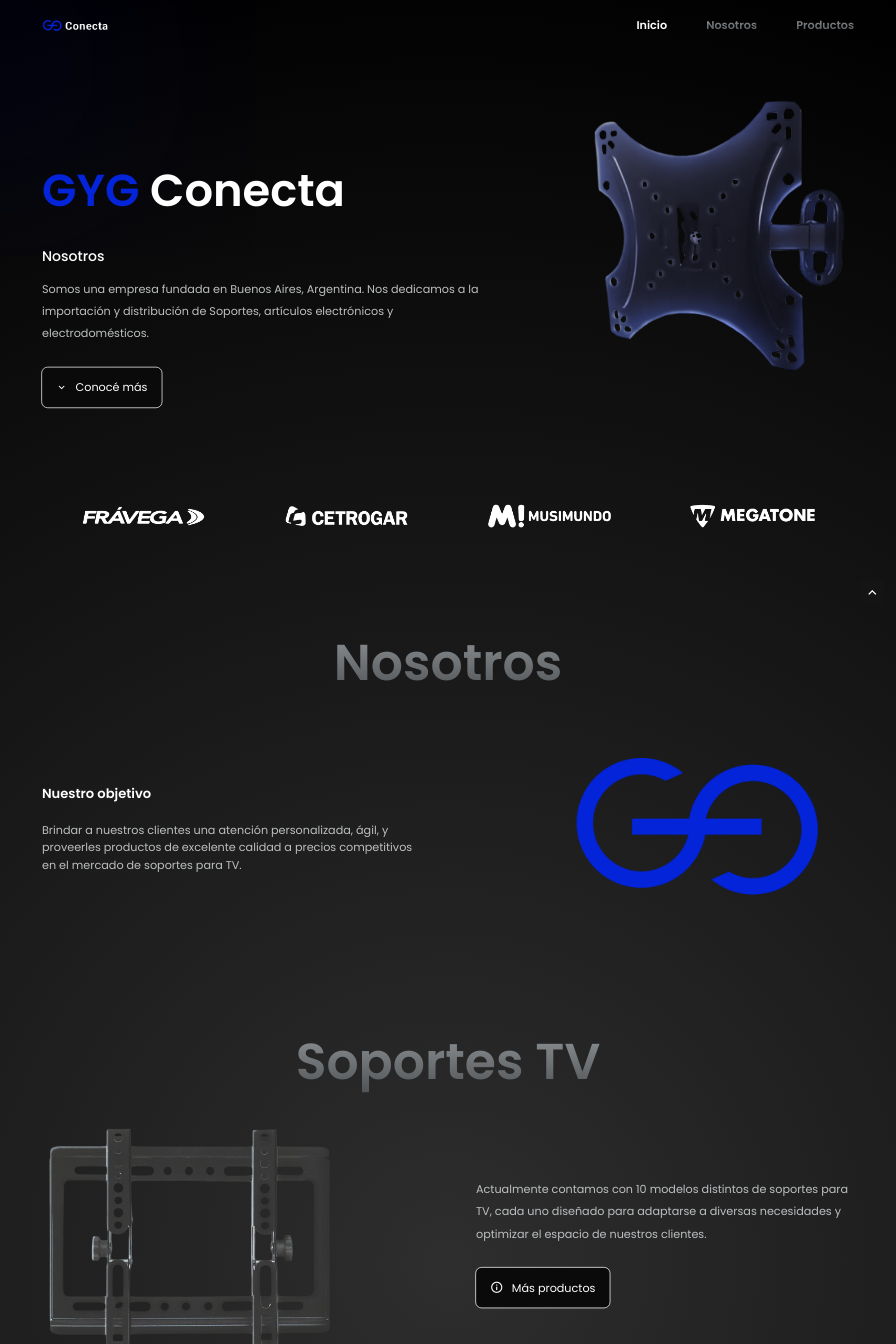
Repository: ramirocasta00/gyg
Page: index.html
An editor plug-in stored every save of this project. The page is shown before and after the next save, followed by the edit.
The browser window is 1280 px wide. The pictures show the part of the page from y = 0 to 1920 px (the page is 3612 px tall before and 3637 px after), at 70% of full size.

Above is the page before, as saved 2024-11-09 10:39:14.

After the next save:
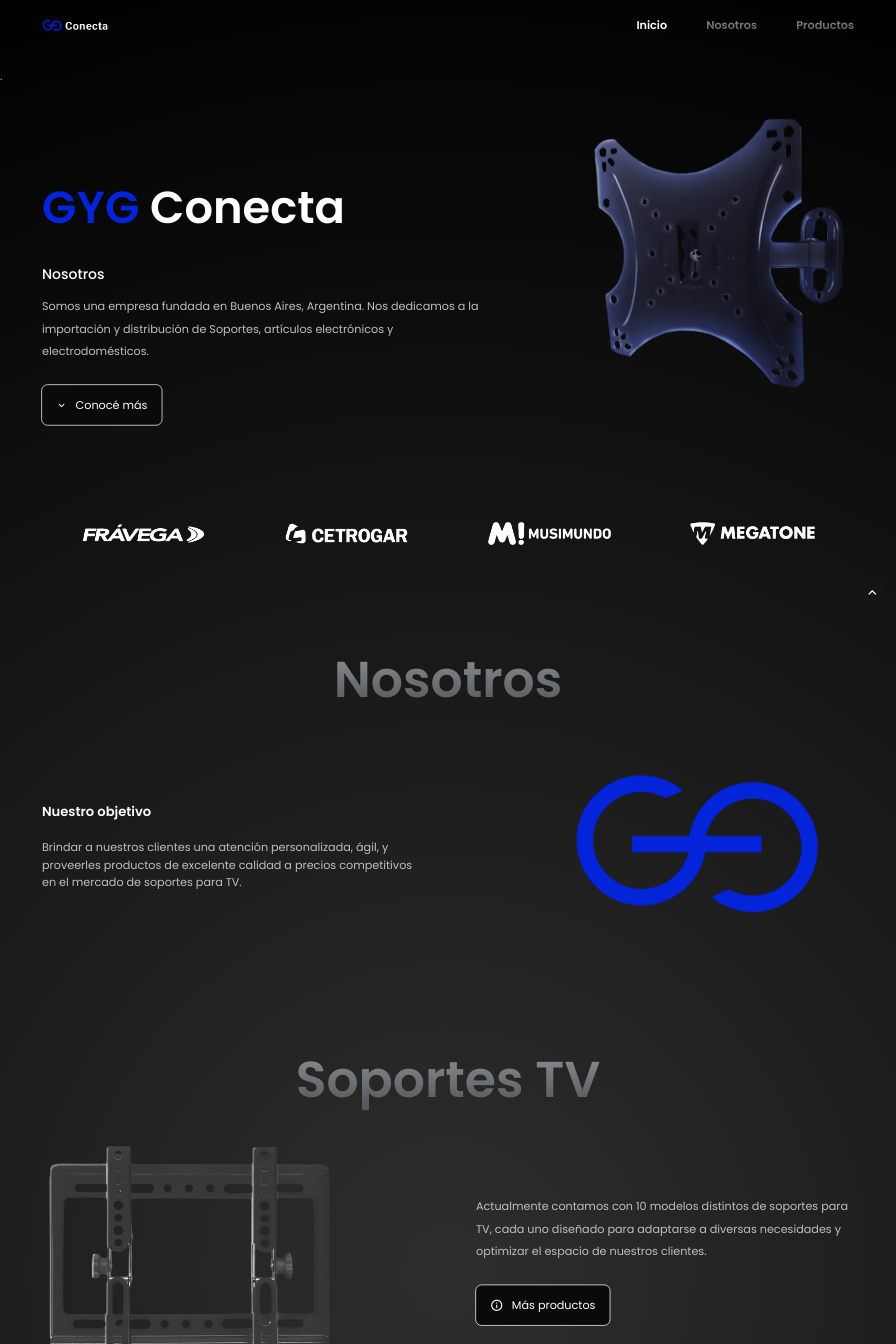
Saved 5 s later.
--- a/index.html
+++ b/index.html
@@ -51,9 +51,7 @@
         <main class="main">
             <!--=============== INICIO ===============-->
             <section class="home section" id="home">
-            </div>
-            <span class="blur"></span>
-        </div>
+            .
                 <div class="home__container container grid">
                     <div class="home__img">
                         <a href="#">

After the save that followed:
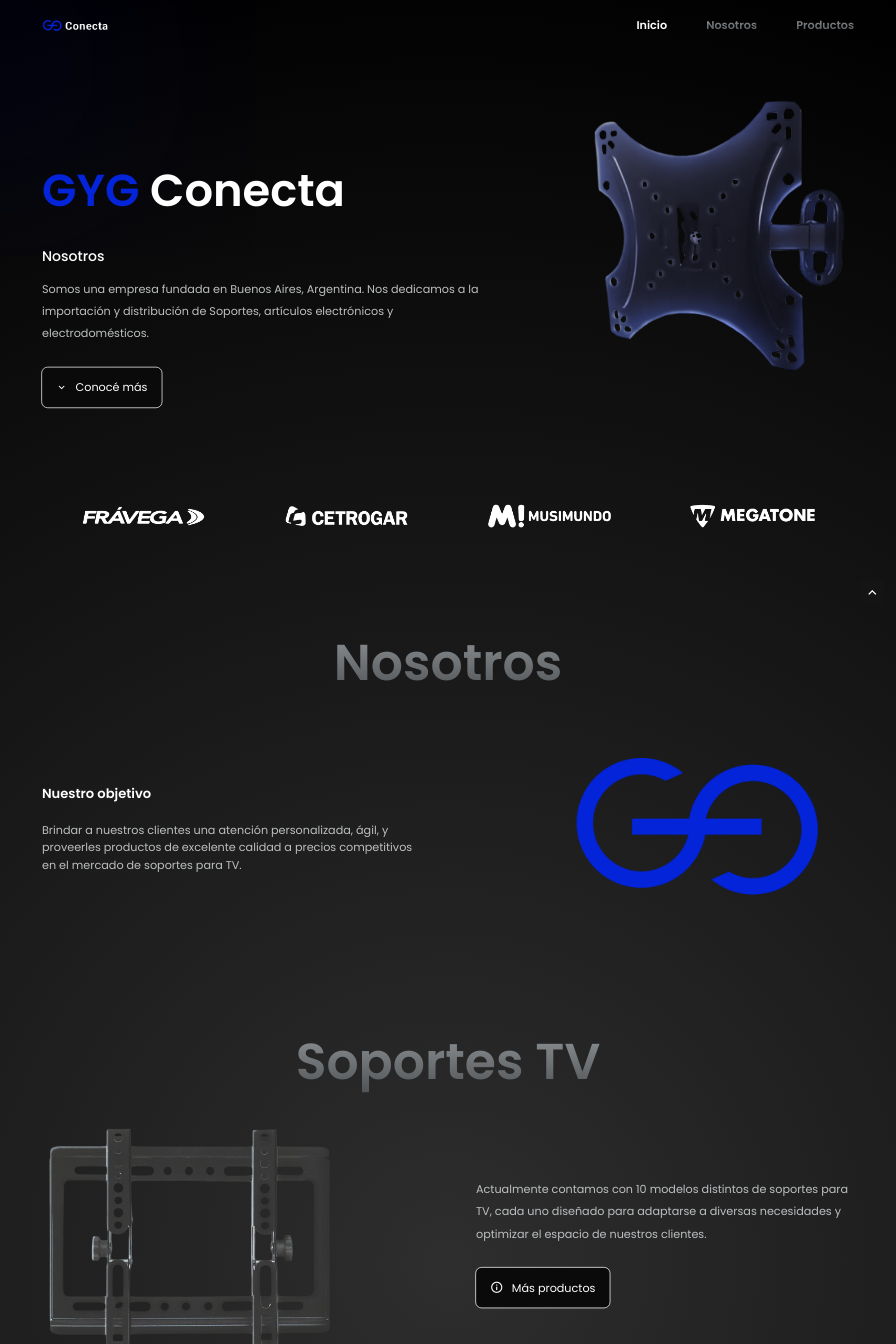
Saved 6 s later.
--- a/index.html
+++ b/index.html
@@ -51,7 +51,7 @@
         <main class="main">
             <!--=============== INICIO ===============-->
             <section class="home section" id="home">
-            .
+            <div class="blur"></div>
                 <div class="home__container container grid">
                     <div class="home__img">
                         <a href="#">
